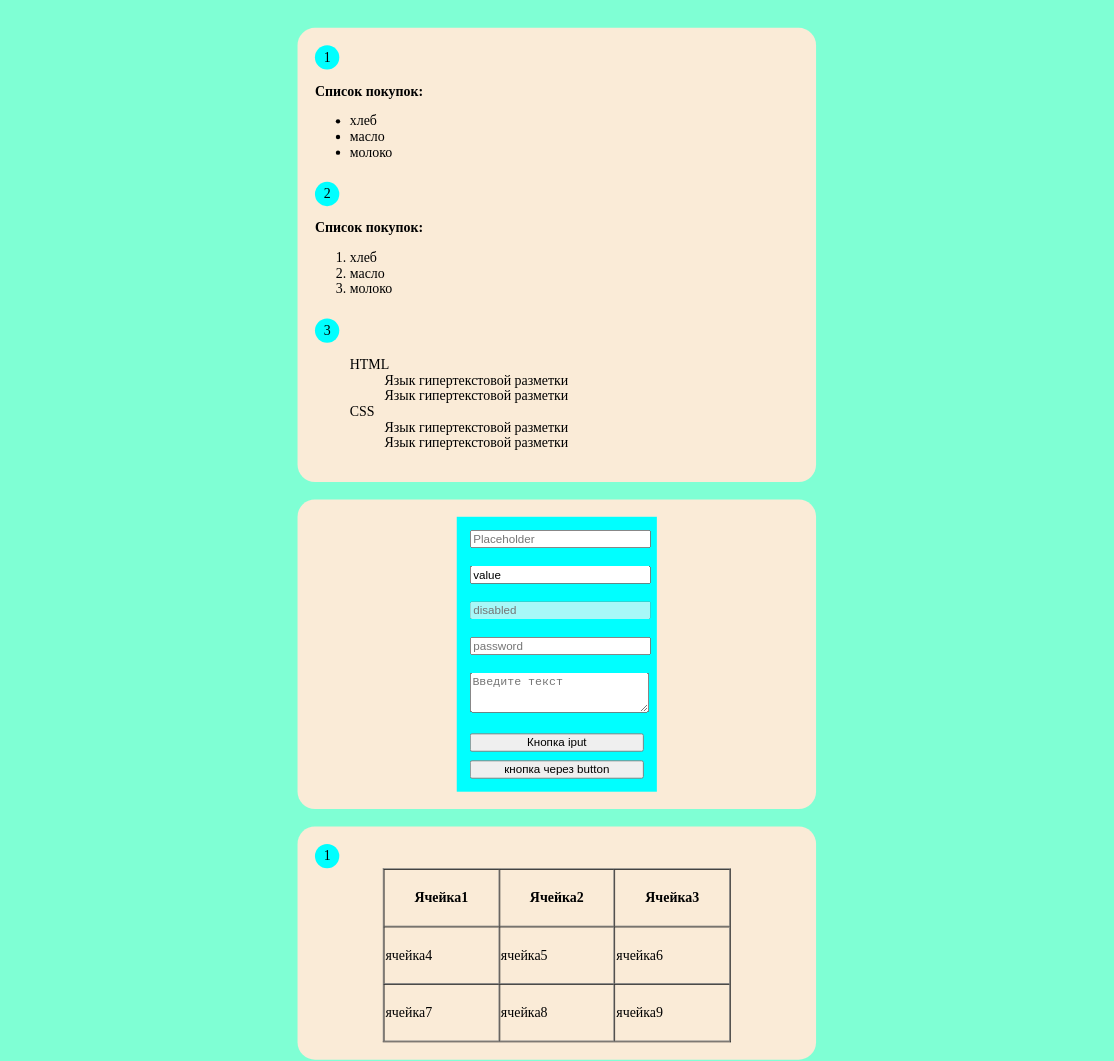
Repository: Savich01/-
Page: html/index.html
The author's editor kept a copy of each file at every save. The page is drawn from the files as they stood at one save, then again after the next save.
The browser window is 1280 px wide. The pictures show the whole page, at 87% of full size.

Above is the page before, as saved 2024-05-31 16:38:19.

### html/index.html
<!DOCTYPE html>
<html lang="en">
<head>
    <meta charset="UTF-8">
    <meta name="viewport" content="width=device-width, initial-scale=1.0">
    <title>Document</title>
    <link rel="stylesheet" href="/css/style.css">
</head>
<body>

    <header class="header">

    </header>
    <main class="main">
        <div class="container">
            <section class="section-1">
                <div class="block">1</div>
                <p class="text">
                    <b>Список покупок:</b>
                </p>
                <ul class="list">
                    <li>хлеб</li>
                    <li>масло</li>
                    <li>молоко</li>
                </ul>

                <div class="block">2</div>
                <p class="text">
                    <b>Список покупок:</b>
                </p>
                <ol class="list">
                    <li>хлеб</li>
                    <li>масло</li>
                    <li>молоко</li>
                </ol>

                <div class="block">3</div>
                <ul class="main-list--item">
                    <li>HTML
                        <ul>
                            <li class="main-link">Язык гипертекстовой разметки</li>
                            <li class="main-link">Язык гипертекстовой разметки</li>
                        </ul>
                    </li>
                    <li>CSS
                        <ul>
                            <li class="main-link">Язык гипертекстовой разметки</li>
                            <li class="main-link">Язык гипертекстовой разметки</li>
                        </ul>
                    </li>
                </ul>
            </section>

            <section class="section-2">
                <form action="#" class="form">
                    <input class="input" type="text" placeholder="Placeholder">
                    <input class="input" type="text" value="value">
                    <input class="input" type="text" disabled="disabled" placeholder="disabled">
                    <input class="input" type="password" placeholder="password">
                    <textarea class="textarea" placeholder="Введите текст"></textarea>
                    <input class="input-btn" type="button" value="Кнопка iput">
                    <button class="button">кнопка через button</button>
                </form>
            </section>

            <section class="section-3">
                <div class="block">1</div>
                <table class="table" width=400 height=200 border=1 cellpedding=0 cellspacing=0>
                    <tr>
                        <th>Ячейка1</th>
                        <th>Ячейка2</th>
                        <th>Ячейка3</th>
                    </tr>

                    <tr>
                        <td>ячейка4</td>
                        <td>ячейка5</td>
                        <td>ячейка6</td>
                    </tr>
                    <tr>
                        <td>ячейка7</td>
                        <td>ячейка8</td>
                        <td>ячейка9</td>
                    </tr>
                </table>
            </section>
        </div>
    </main>
    <footer class="footer">

    </footer>

</body>
</html>

### css/style.css
body{
    max-width: 600px;
    height: 100%;
    margin: 0 auto;
    background-color: aquamarine;
    padding: 0px 10px;
}

.container{
    padding: 2px;
    margin-top: 30px;
}
/* ==========SECTION-1========================== */
.section-1{
    padding: 20px;
    background-color: antiquewhite;
    border-radius: 20px;
    margin-bottom: 20px;
}

.block{
    background-color:aqua;
    display: inline-block;
    padding: 5px 10px;
    border-radius: 100%;
}

.list{
    margin-bottom: 25px;
}
.main-list--item{
    list-style: none;
    /* text-decoration: none; */
}

.main-link{
    list-style: none;
}

/* ==========SECTION-2========================== */

.section-2{
    background-color: antiquewhite;
    border-radius: 20px;
    padding: 20px;
    margin-bottom: 20px;
}

.form{
    margin: 0 auto;
    max-width: 200px;
    padding: 15px;
    background-color: aqua;
}
.input{
    margin: 0 auto;
    width: 100%;
    margin-bottom: 20px;
}
.textarea{
    width: 100%;
    height: 40px;
    margin-bottom: 20px;
}

.input-btn{
    display: block;
    width: 100%;
    margin-bottom: 10px;
    cursor: pointer;
}
.button{
    display: block;
    width: 100%;
    cursor: pointer;
}

/* ==========SECTION-3========================== */

.section-3{
    background-color: antiquewhite;
    border-radius: 20px;
    padding: 20px;
}

.table{
    margin: 0 auto;
}

After the next save:
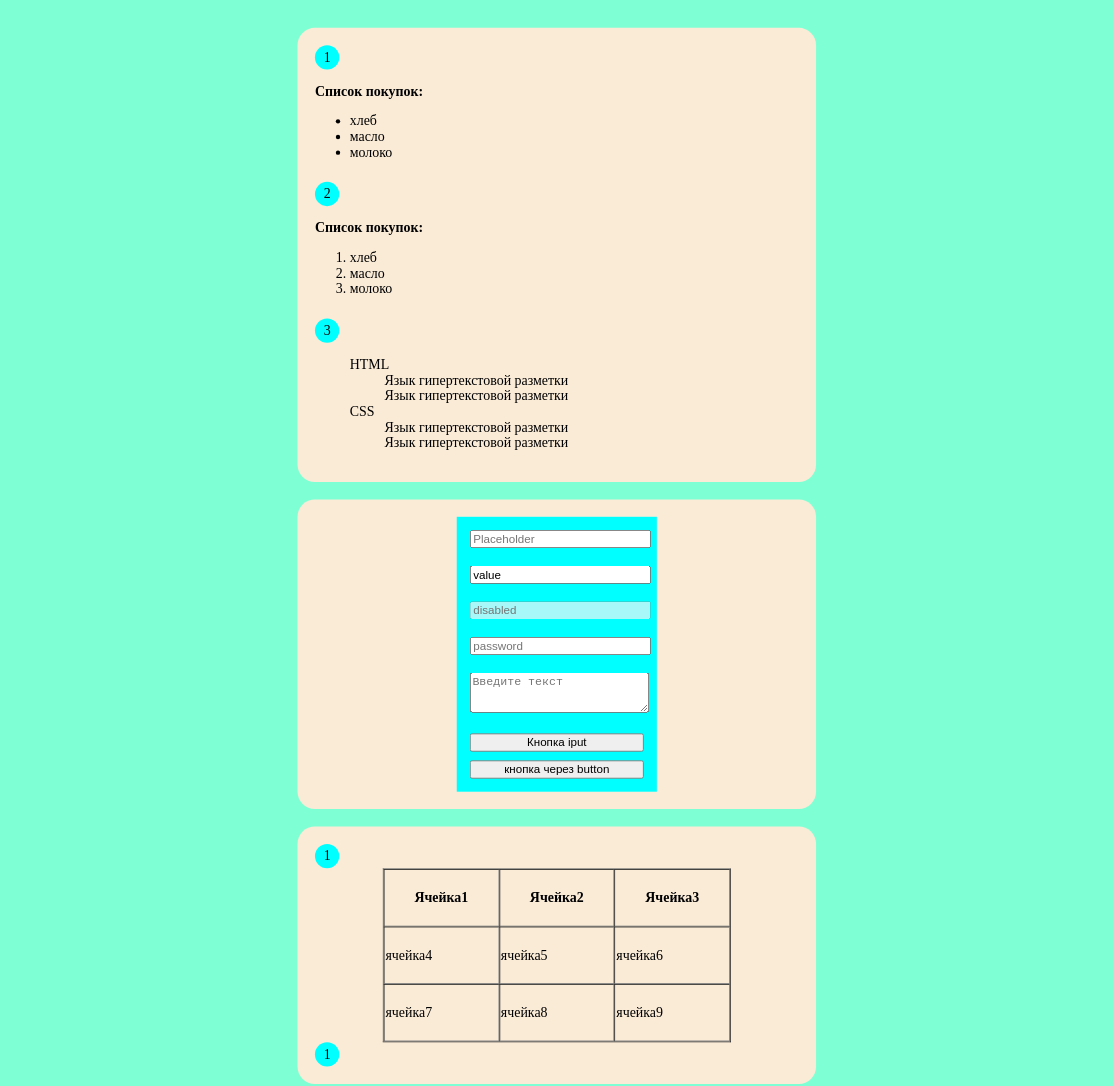
Saved 28 s later.
--- a/html/index.html
+++ b/html/index.html
@@ -83,6 +83,8 @@
                         <td>ячейка9</td>
                     </tr>
                 </table>
+
+                <div class="block">1</div>
             </section>
         </div>
     </main>
